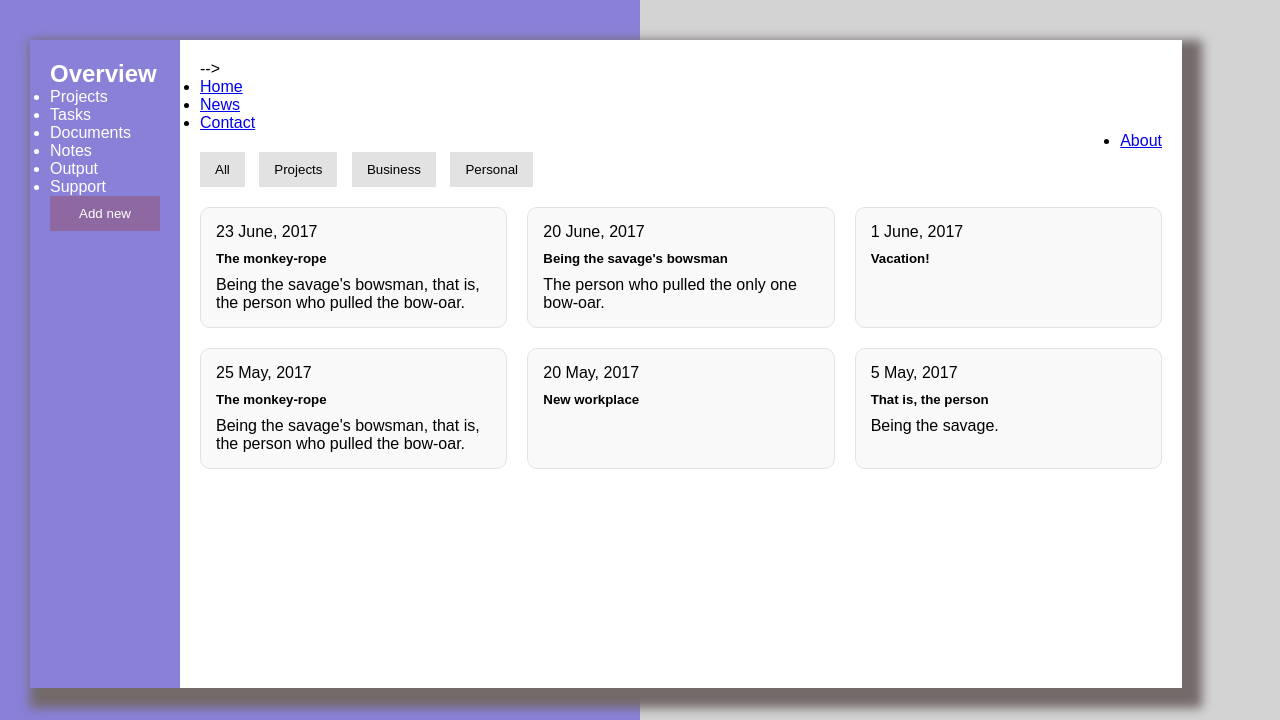
Repository: SatenikGabrielyan/HTML_CSS-_Assignment
Page: index.html
The author's editor kept a copy of each file at every save. The page is drawn from the files as they stood at one save, then again after a run of saves.
The browser window is 1280 px wide. The pictures show the whole page.
Some web libraries are served in a nearby version.

Above is the page before, as saved 2025-03-17 20:13:26.

After the next 2 saves:
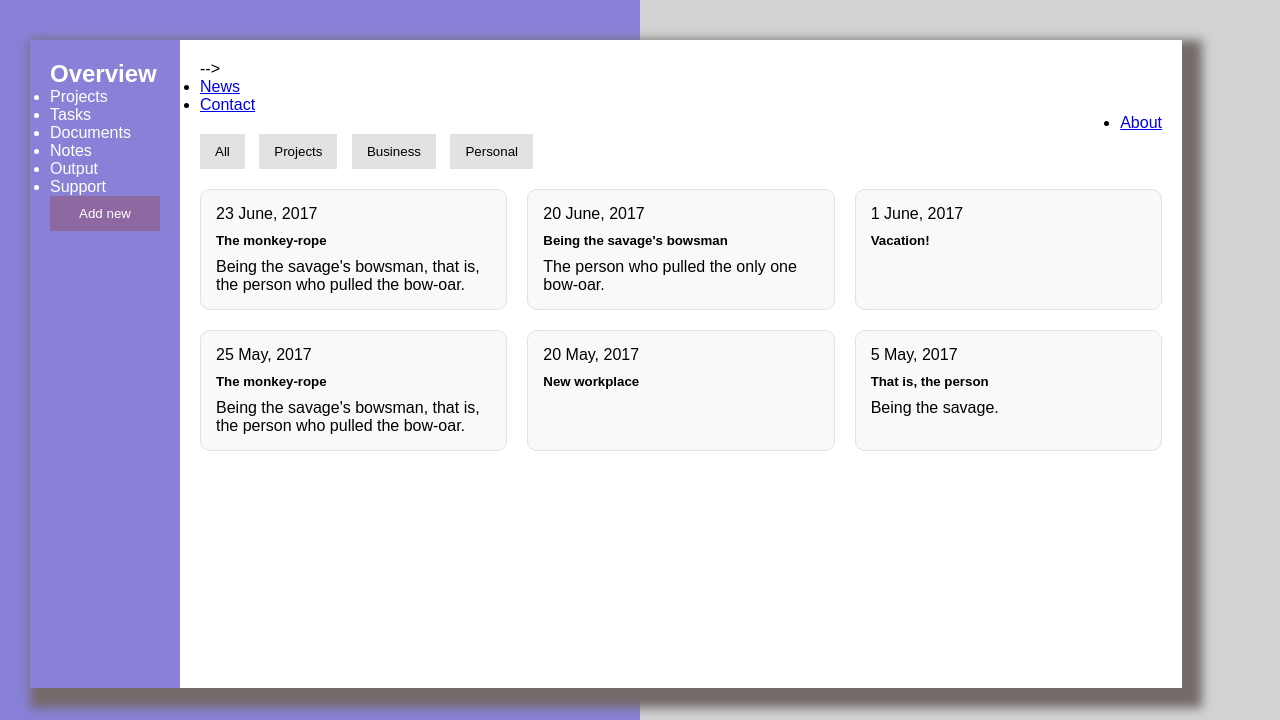
The 2 saves are shown as one change because they came seconds apart.
The last was saved 14 s later.
--- a/index.html
+++ b/index.html
@@ -89,7 +89,6 @@
             </ul> -->
           <!-- </nav> -->
           <ul>
-            <li><a href="#home">Home</a></li>
             <li><a href="#news">News</a></li>
             <li><a href="#contact">Contact</a></li>
             <li style="float:right"><a class="active" href="#about">About</a></li>
